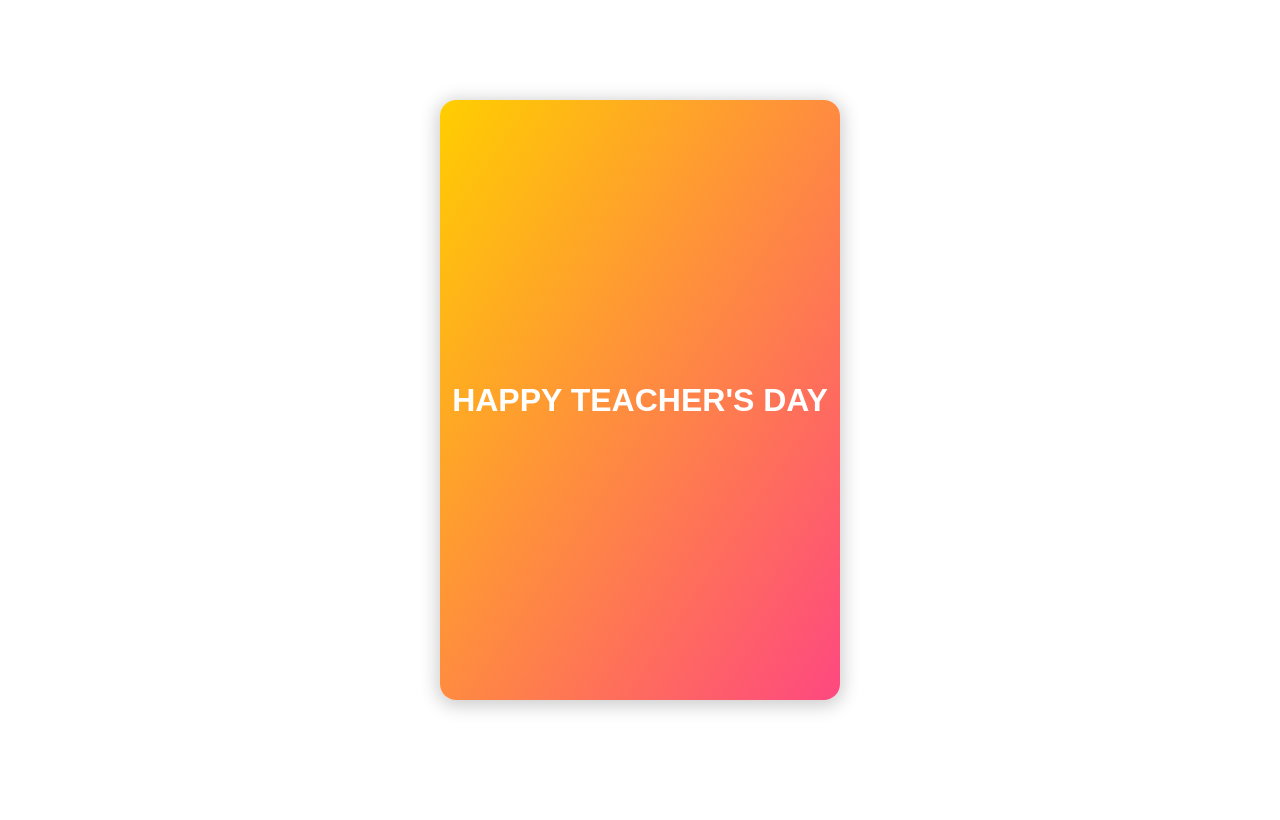
Repository: maixuanhieu/giftcard
Page: index.html
The author's editor kept a copy of each file at every save. The page is drawn from the files as they stood at one save, then again after the next save.
The browser window is 1280 px wide. The pictures show the whole page.
The style sheet was rebuilt from its Sass, Less or Tailwind sources for each picture, by a compiler version that may differ from the author's.

Above is the page before, as saved 2021-11-17 19:30:54.

### index.html
<!DOCTYPE html>
<html lang="en">

<head>
    <meta charset="UTF-8">
    <meta http-equiv="X-UA-Compatible" content="IE=edge">
    <meta name="viewport" content="width=device-width, initial-scale=1.0">
    <title>CSS Flip Card</title>
    <link rel="stylesheet" href="style.css">
</head>

<body>
   <div class="card">
       <div class="card__inner">
           <div class="card__face card__face--front">
            <h2>HAPPY TEACHER'S DAY</h2>
           </div>
           <div class="card__face card__face--back">
            <div class="card__content">
                <div class="card__header">
                    <img src="xi.jpg" alt="" srcset="" class="fox">
                    <h2></h2>
                </div>

                <div class="card__body">
                    <h3>Javascript</h3>
                    <p>Lorem ipsum dolor sit, amet consectetur adipisicing elit. Quia ea ab eveniet ducimus totam. Mollitia quasi eos reprehenderit exercitationem dignissimos saepe totam labore laudantium vitae deserunt? Ea quaerat ex nemo.</p>
                </div>
            </div>
           </div>
       </div>
   </div>



</body>



<script src="main.js"></script>
</html>

### main.js
const card = document.querySelector('.card__inner');

card.addEventListener('click', function(){
    card.classList.toggle('is-flipped');
});

### style.scss
:root {
    --primary: #FFCE00;
    --secondary: #FE4880;
    --dark: #212121;
    --light: #F3F3F3;
}

*{
    margin: 0;
    padding: 0;
}

body{
    font-family: montserrat, sans-serif;
    width: 100%;
    min-height: 100vh;
}

.card{
    margin: 100px auto 0;
    width: 400px;
    height: 600px;
    perspective: 1000px;

    &__inner{
        width: 100%;
        height: 100%;
        transition: transform 1s;
        transform-style: preserve-3d;
        cursor: pointer;
        position: relative;
    }

    &__inner.is-flipped{
        transform: rotateY(180deg);
    }

    &__face{
        position: absolute;
        width: 100%;
        height: 100%;
        backface-visibility: hidden;
        overflow: hidden;
        border-radius: 16px;
        box-shadow: 0px 3px 18px 3px rgba(0,0,0,0.2);
    }

    &__face--front{
        background-image: linear-gradient(to bottom right, var(--primary), var(--secondary));
        display: flex;
        align-items: center;
        justify-content: center;
    }

    &__face--front h2{
        color: #FFF;
        font-size: 32px;
    }

    &__face--back{
        background-color: var(--light);
        transform: rotateY(180deg);
    }

    &__content{
        width: 100%;
        height: 100%;
    }

    &__header{
        position: relative;
        padding: 30px 30px 40px;
    }

    &__header::after{
        content: '';
        display: block;
        position: absolute;
        top: 0;
        left: 0;
        right: 0;
        bottom: 0;
        z-index: -1;
        border-radius: 0 0 50% 0;
        background-image: linear-gradient(to bottom left, var(--primary) 10%, var(--secondary) 115%);
    }

    &__header h2{
        color: #FFF;
        font-size: 32px;
        font-weight: 900;
        text-transform: uppercase;
        text-align: center;
    }

    &__body{
        padding: 30px;
    }

    &__body h3{
        color: var(--dark);
        font-size: 24px;
        font-weight: 600;
        margin-bottom: 15px;
    }

    &__body p {
        color: var(--dark);
        font-size: 18px;
        line-height: 1.5;
    }
}

.fox{
    display: block;
    width: 173px;
    height: 113px;
    margin: 0 auto 30px;
    border-radius: 50%;
    background-color: #FFF;
    border: 5px solid #FFF;
    object-fit: cover;
}

After the next save:
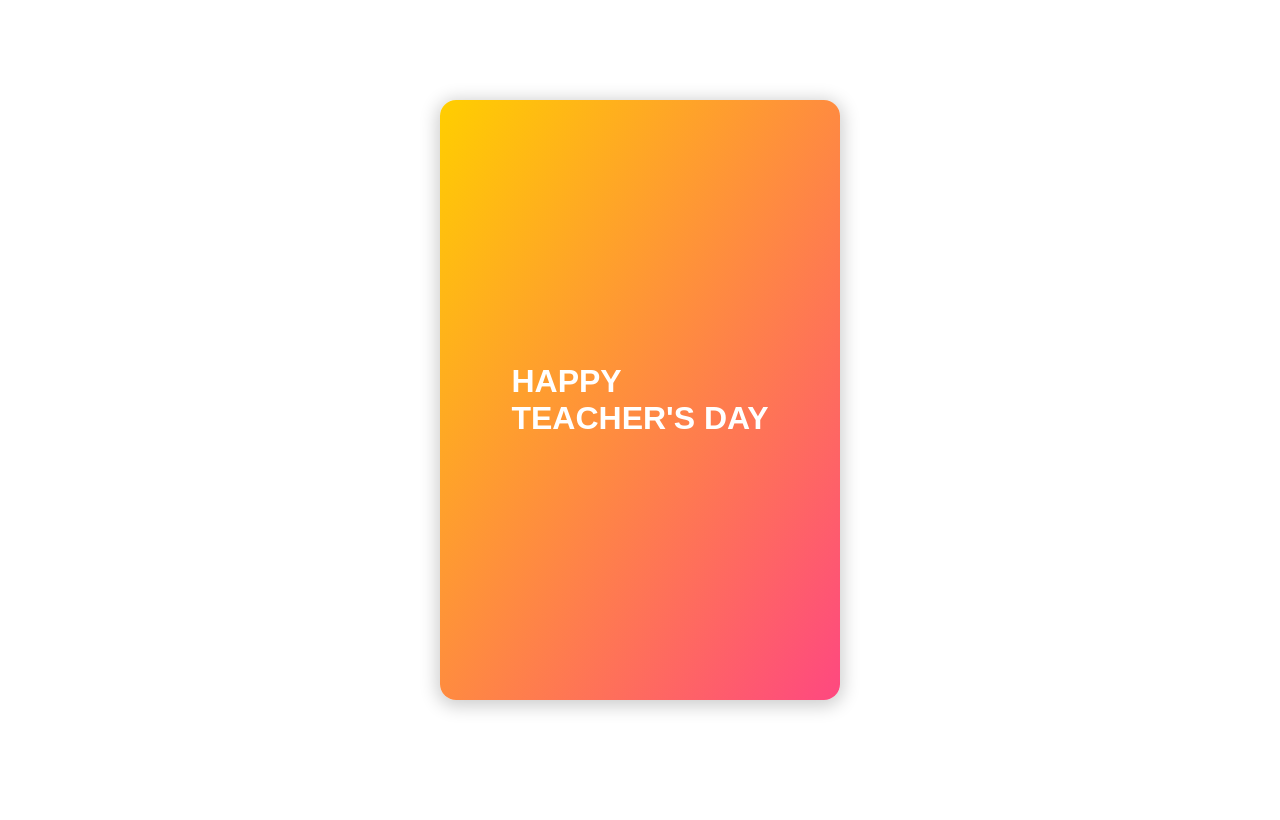
Saved 6 s later.
--- a/index.html
+++ b/index.html
@@ -13,7 +13,7 @@
    <div class="card">
        <div class="card__inner">
            <div class="card__face card__face--front">
-            <h2>HAPPY TEACHER'S DAY</h2>
+            <h2>HAPPY <br> TEACHER'S DAY</h2>
            </div>
            <div class="card__face card__face--back">
             <div class="card__content">
